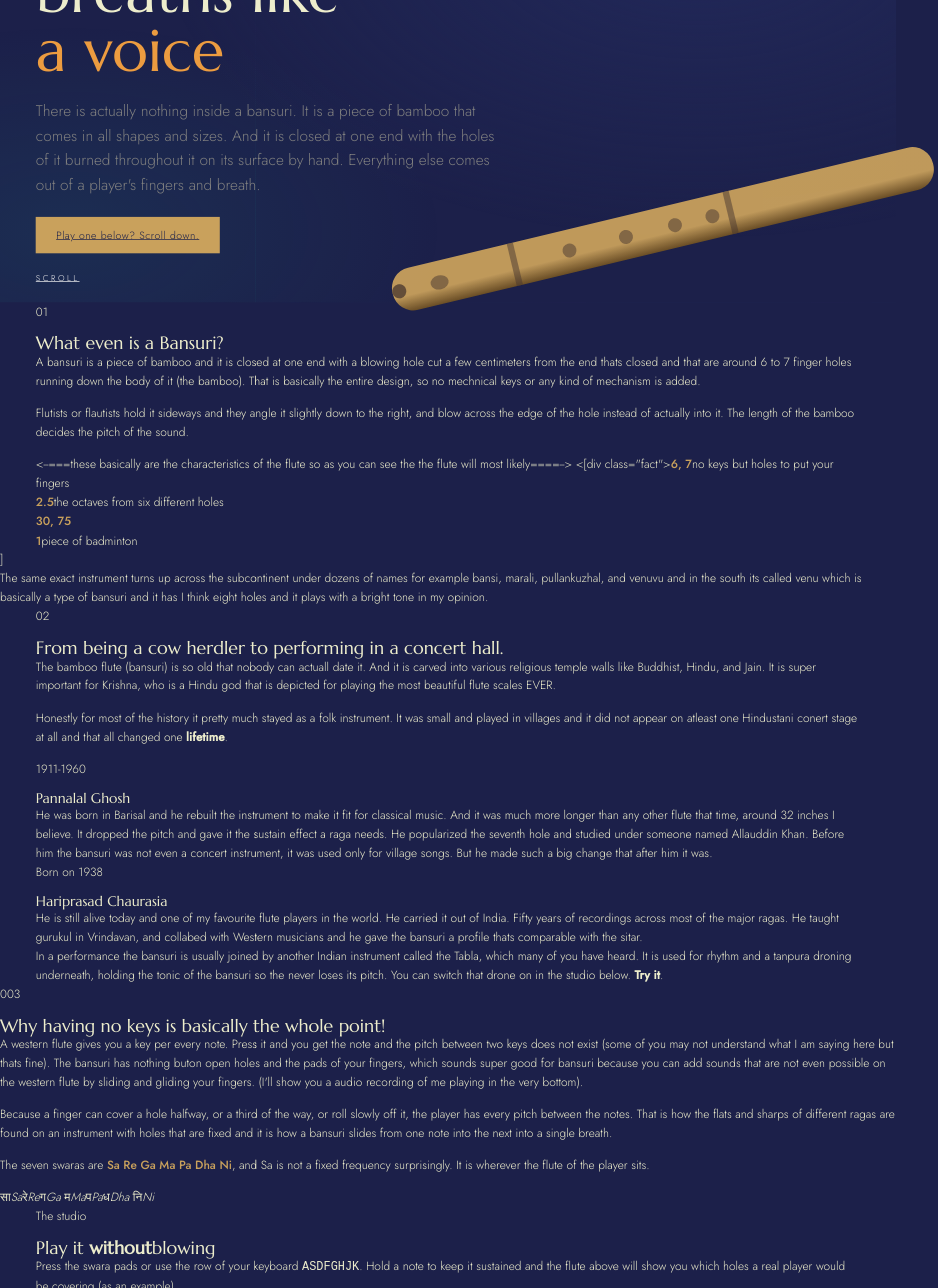
Repository: manayparikh1/Bansi
Page: index.html
These files come from the project's save history. The page is drawn as it stood at one moment and after the next save; the edit follows.
The browser window is 1280 px wide. The page is 1340 px wide, so the pictures cover 1340 px, including what lies to the right of the window. The pictures show the part of the page from y = 307 to 2147 px (the page is 2658 px tall), at 70% of full size.

Above is the page before, as saved 2026-09-20 00:36:12.

After the next save:
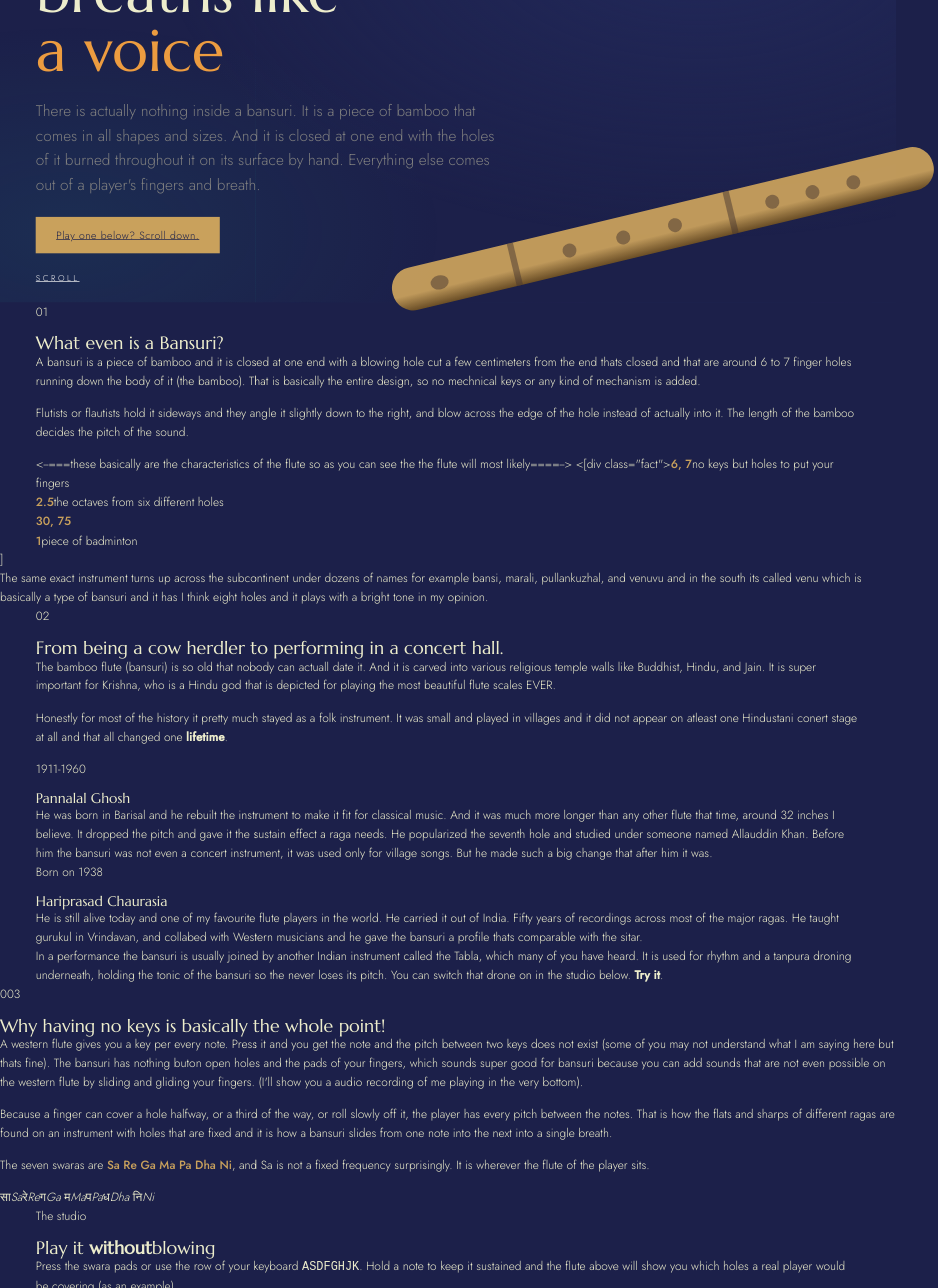
Saved 2 min 12 s later.
--- a/style.css
+++ b/style.css
@@ -269,7 +269,7 @@ h1 {
 }
 
 .hole:nth-of-type(5) {
-    left: 42%;
+    left: 41.5%;
 }
 
 .hole:nth-of-type(6) {
@@ -277,13 +277,13 @@ h1 {
 }
 
 .hole:nth-of-type(7) {
-    left: 58%;
-}
-
-.hole-5 {
-    left: 66%;
-}
-
-.hole-6 {
-    left: 74%;
-}
+    left: 69%;
+}
+
+.hole:nth-of-type(8) {
+    left: 76.5%;
+}
+
+.hole:nth-of-type(9) {
+    left: 84%;
+}
